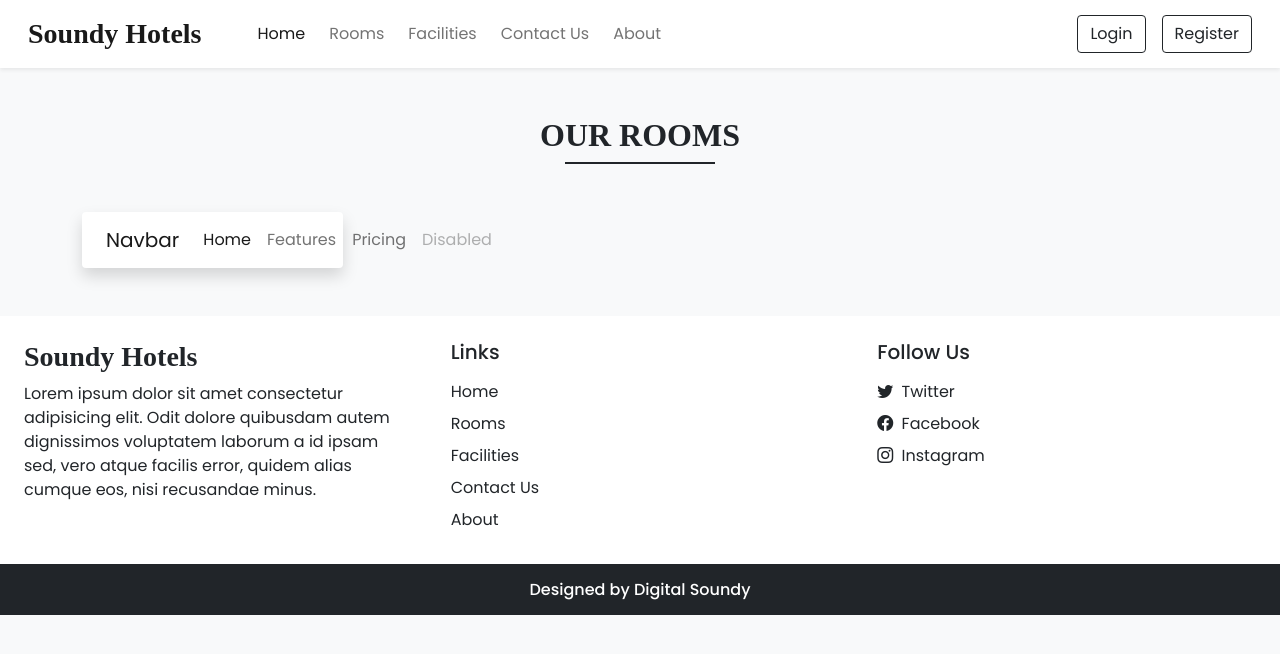
Repository: spencersoundy/Hotel-Booking-App
Page: http://localhost/rooms.php
These files come from the project's save history. The page is drawn as it stood at one moment and after the next save; the edit follows.
The browser window is 1280 px wide. The pictures show the whole page.
Some web fonts or font styles are not loaded; a fallback is used. The page is run by PHP 8.4 with error messages shown; the project is at /var/www/html/.

Above is the page before, as saved 2023-08-05 00:27:51.

### rooms.php
<!DOCTYPE html>
<html lang="en">
<head>
    <meta charset="UTF-8">
    <meta http-equiv="X-UA-Compatible" content="IE=edge">
    <meta name="viewport" content="width=device-width, initial-scale=1.0">
    <title>Soundy Hotels - CONTACT</title>
    <?php require('inc/links.php') ?>
</head>
<body class="bg-light">

<?php require('inc/header.php') ?>

<div class="my-5 px-4">
    <h2 class="fw-bold h-font text-center">OUR ROOMS</h2>
    <div class="h-line bg-dark"></div>
</div>

<div class="container">
    <div class="row">

       <div class="col-lg-3">
        <nav class="navbar navbar-expand-lg navbar-light bg-white rounded shadow">
            <div class="container-fluid">
                <a class="navbar-brand" href="#">Navbar</a>
                <button class="navbar-toggler" type="button" data-bs-toggle="collapse" data-bs-target="#navbarNav" aria-controls="navbarNav" aria-expanded="false" aria-label="Toggle navigation">
                <span class="navbar-toggler-icon"></span>
                </button>
                <div class="collapse navbar-collapse" id="navbarNav">
                <ul class="navbar-nav">
                    <li class="nav-item">
                    <a class="nav-link active" aria-current="page" href="#">Home</a>
                    </li>
                    <li class="nav-item">
                    <a class="nav-link" href="#">Features</a>
                    </li>
                    <li class="nav-item">
                    <a class="nav-link" href="#">Pricing</a>
                    </li>
                    <li class="nav-item">
                    <a class="nav-link disabled">Disabled</a>
                    </li>
                </ul>
                </div>
            </div>
        </nav>
       </div>

    </div>
</div>

<?php require('inc/footer.php')?>

</body>
</html>

### inc/links.php
<link href="https://cdn.jsdelivr.net/npm/bootstrap@5.0.2/dist/css/bootstrap.min.css" rel="stylesheet" integrity="sha384-EVSTQN3/azprG1Anm3QDgpJLIm9Nao0Yz1ztcQTwFspd3yD65VohhpuuCOmLASjC" crossorigin="anonymous">
<link href="https://fonts.googleapis.com/css2?family=Merienda:wght@400;700&family=Poppins:wght@400;500;600&display=swap" rel="stylesheet">
<link rel="stylesheet" href="https://cdn.jsdelivr.net/npm/bootstrap-icons@1.10.5/font/bootstrap-icons.css">
<link rel="stylesheet" href="css/common.css"/>

### inc/header.php
<nav class="navbar navbar-expand-lg navbar-light bg-white px-lg-3 py-lg-2 shadow-sm sticky-top">
    <div class="container-fluid">
        <a class="navbar-brand me-5 fw-bold fs-3 h-font" href="index.php">Soundy Hotels</a>
        <button class="navbar-toggler shadow-none" type="button" data-bs-toggle="collapse" data-bs-target="#navbarSupportedContent" aria-controls="navbarSupportedContent" aria-expanded="false" aria-label="Toggle navigation">
        <span class="navbar-toggler-icon"></span>
        </button>
        <div class="collapse navbar-collapse" id="navbarSupportedContent">
        <ul class="navbar-nav me-auto mb-2 mb-lg-0">
            <li class="nav-item">
            <a class="nav-link active me-2" aria-current="page" href="index.php">Home</a>
            </li>
            <li class="nav-item">
            <a class="nav-link me-2" href="rooms.php">Rooms</a>
            </li>
            <li class="nav-item">
            <a class="nav-link me-2" href="facilities.php">Facilities</a>
            </li><li class="nav-item">
            <a class="nav-link me-2" href="contact.php">Contact Us</a>
            </li><li class="nav-item">
            <a class="nav-link" href="about.php">About</a>
            </li>
        </ul>
        <div class="d-flex">
            <button type="button" class="btn btn-outline-dark shadow-none me-lg-3 me-2" data-bs-toggle="modal" data-bs-target="#loginModal">
                Login
            </button>
            <button type="button" class="btn btn-outline-dark shadow-none" data-bs-toggle="modal" data-bs-target="#registerModal">
                Register
            </button>
        </div>
        </div>
    </div>
    </nav>

    <div class="modal fade" id="loginModal" data-bs-backdrop="static" data-bs-keyboard="false" tabindex="-1" aria-labelledby="staticBackdropLabel" aria-hidden="true">
        <div class="modal-dialog">
            <div class="modal-content">
                <form>
                    <div class="modal-header">
                        <h5 class="modal-title d-flex align-items-center">
                            <i class="bi bi-person-circle fs-3 me-2"></i> User Login
                        </h5>
                        <button type="reset" class="btn-close shadow-none" data-bs-dismiss="modal" aria-label="Close"></button>
                    </div>
                    <div class="modal-body">
                    <div class="mb-3">
                        <label class="form-label">Email address</label>
                        <input type="email" class="form-control shadow-none">
                    </div>
                    <div class="mb-4">
                        <label class="form-label">Password</label>
                        <input type="password" class="form-control shadow-none">
                    </div>
                        <div class="d-flex align-items-center justify-content-between mb-2">
                            <button type="submit" class="btn btn-dark shadow-none">LOGIN</button>
                            <a href="javascript: void(0)" class="text-secondary text-decoration-none">Forgot Password?</a>
                        </div>
                    </div>
                </form>
            </div>
        </div>
    </div>

    <div class="modal fade" id="registerModal" data-bs-backdrop="static" data-bs-keyboard="false" tabindex="-1" aria-labelledby="staticBackdropLabel" aria-hidden="true">
        <div class="modal-dialog modal-lg">
            <div class="modal-content">
                <form>
            <div class="modal-header">
                <h5 class="modal-title d-fle align-items-center">
                    <i class="bi bi-person-lines-fill fs-3 me-2"></i> User Registration
                </h5>
                <button type="reset" class="btn-close shadow-none" data-bs-dismiss="modal" aria-label="Close"></button>
            </div>
            <div class="modal-body">
                <span class="badge rounded-pill bg-light text-dark mb-3 text-wrap lh-base">
                    Note: Your details must match with your ID (ID book/card, passport, drivers license, etc.)
                    that will be required during check-in.
                </span>
                <div class="container-fluid">
                    <div class="row">
                        <div class="col-md-6 ps-0 mb-3">
                            <label class="form-label">Name</label>
                            <input type="text" class="form-control shadow-none">
                        </div>
                        <div class="col-md-6 p-0 mb-3">
                            <label class="form-label">Email</label>
                            <input type="email" class="form-control shadow-none">
                        </div>
                        <div class="col-md-6 ps-0 mb-3">
                            <label class="form-label">Phone Number</label>
                            <input type="number" class="form-control shadow-none">
                        </div>
                        <div class="col-md-6 p-0 mb-3">
                            <label class="form-label">Picture</label>
                            <input type="file" class="form-control shadow-none">
                        </div>
                        <div class="col-md-12 p-0 mb-3">
                            <label class="form-label">Address</label>
                            <textarea class="form-control shadow-none" rows="1"></textarea>
                        </div>
                        <div class="col-md-6 ps-0 mb-3">
                            <label class="form-label">Pincode</label>
                            <input type="number" class="form-control shadow-none">
                        </div>
                        <div class="col-md-6 p-0 mb-3">
                            <label class="form-label">Date of birth</label>
                            <input type="date" class="form-control shadow-none">
                        </div>
                        <div class="col-md-6 ps-0 mb-3">
                            <label class="form-label">Password</label>
                            <input type="password" class="form-control shadow-none">
                        </div>
                        <div class="col-md-6 p-0 mb-3">
                            <label class="form-label">Confirm Password</label>
                            <input type="password" class="form-control shadow-none">
                        </div>
                    </div>
                </div>
                <div class="text-center my-1">
                    <button type="submit" class="btn btn-dark shadow-none">REGISTER</button>
                </div>
            </div>
            </form>
            </div>
  </div>
</div>

### inc/footer.php
<div class="container-fluid bg-white mt-5">

        <div class="row">
            <div class="col-lg-4 p-4">
                <h3 class="h-font fw-bold fs-3 mb-2">Soundy Hotels</h3>
                <p>
                    Lorem ipsum dolor sit amet consectetur adipisicing elit.
                    Odit dolore quibusdam autem dignissimos voluptatem laborum a id ipsam sed,
                    vero atque facilis error, quidem alias cumque eos, nisi recusandae minus.
                </p>
            </div>
            <div class="col-lg-4 p-4">
                <h5 class="mb-3">Links</h5>
                <a href="#" class="d-inline-block mb-2 text-dark text-decoration-none">Home</a><br>
                <a href="#" class="d-inline-block mb-2 text-dark text-decoration-none">Rooms</a><br>
                <a href="#" class="d-inline-block mb-2 text-dark text-decoration-none">Facilities</a><br>
                <a href="#" class="d-inline-block mb-2 text-dark text-decoration-none">Contact Us</a><br>
                <a href="#" class="d-inline-block mb-2 text-dark text-decoration-none">About</a>
            </div>
            <div class="col-lg-4 p-4">
                <h5 class="mb-3">Follow Us</h5>
                <a href="#" class="d-inline-block text-dark text-decoration-none mb-2">
                    <i class="bi bi-twitter me-1"></i> Twitter
                </a><br>
                <a href="#" class="d-inline-block text-dark text-decoration-none mb-2">
                    <i class="bi bi-facebook me-1"></i> Facebook
                </a><br>
                <a href="#" class="d-inline-block text-dark text-decoration-none">
                    <i class="bi bi-instagram me-1"></i> Instagram
                </a><br>
            </div>
        </div>
    </div>
</div>

    <h6 class="text-center bg-dark text-white p-3 m-0">Designed by Digital Soundy</h6>

    <script src="https://cdn.jsdelivr.net/npm/bootstrap@5.0.2/dist/js/bootstrap.bundle.min.js" integrity="sha384-MrcW6ZMFYlzcLA8Nl+NtUVF0sA7MsXsP1UyJoMp4YLEuNSfAP+JcXn/tWtIaxVXM" crossorigin="anonymous"></script>

### css/common.css
:root{
    --teal: #2ec1ac;
    --teal_hover: #279e8c;
}

*{
    font-family: 'Poppins', sans-serif;
}
.h-font{
    font-family: 'Merienda', cursive;
}

input::-webkit-outer-spin-button,
input::-webkit-inner-spin-button {
-webkit-appearance: none;
margin: 0;
}

input[type=number] {
-moz-appearance: textfield;
}

.custom-bg{
    background-color: var(--teal);
    border: 1px solid var(--teal);
}
.custom-bg:hover{
    background-color: var(--teal_hover);
    border-color: var(--teal_hover);
}

.h-line{
    width: 150px;
    margin: 0 auto;
    height: 1.7px;
}

After the next save:
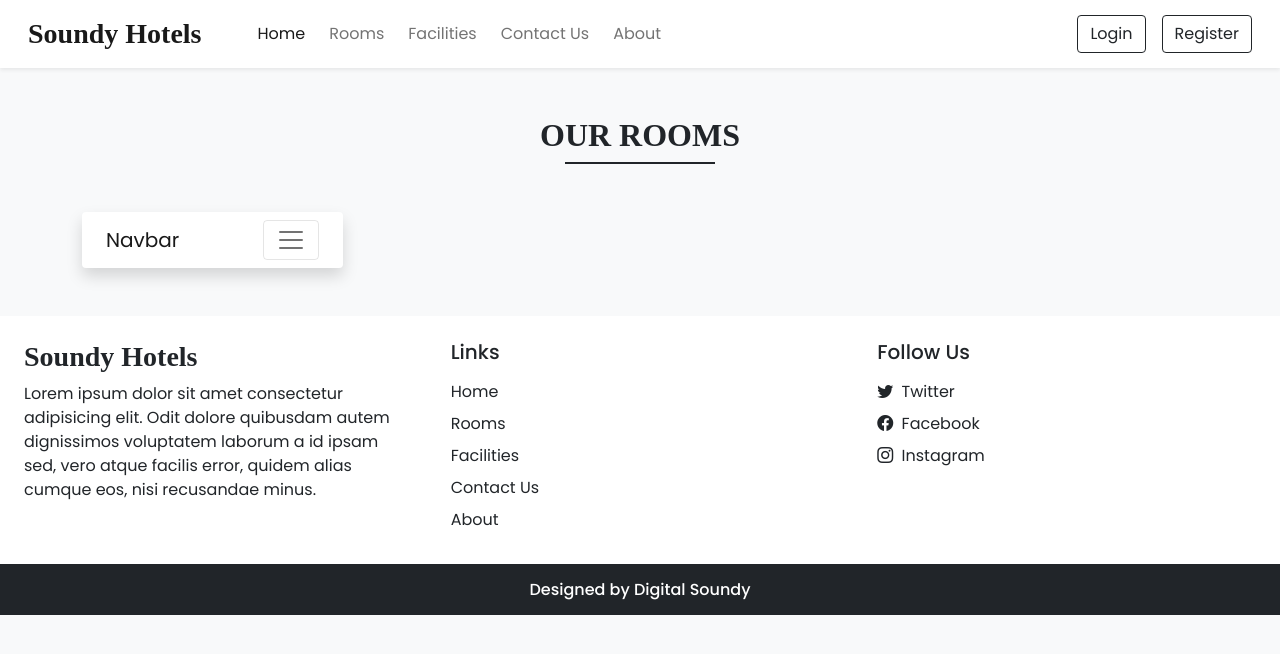
Saved 24 s later.
--- a/rooms.php
+++ b/rooms.php
@@ -20,7 +20,7 @@
     <div class="row">
 
        <div class="col-lg-3">
-        <nav class="navbar navbar-expand-lg navbar-light bg-white rounded shadow">
+        <nav class="navbar navbar-light bg-white rounded shadow">
             <div class="container-fluid">
                 <a class="navbar-brand" href="#">Navbar</a>
                 <button class="navbar-toggler" type="button" data-bs-toggle="collapse" data-bs-target="#navbarNav" aria-controls="navbarNav" aria-expanded="false" aria-label="Toggle navigation">

After the save that followed:
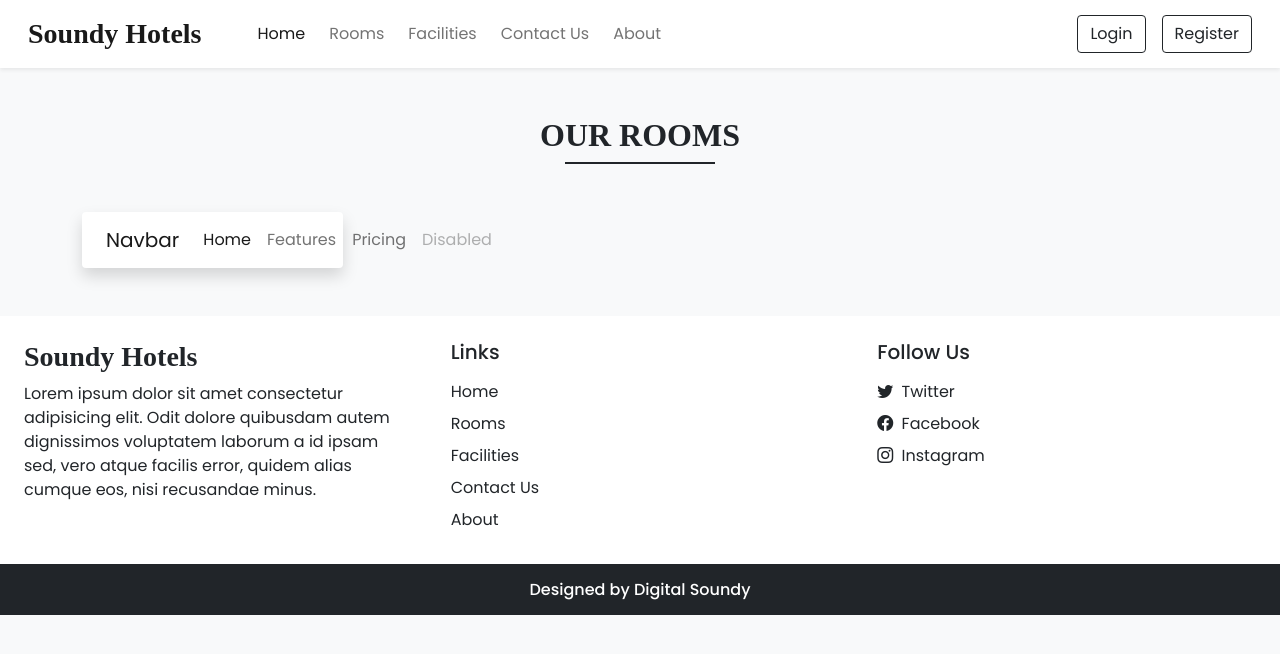
Saved 59 s later.
--- a/rooms.php
+++ b/rooms.php
@@ -20,7 +20,7 @@
     <div class="row">
 
        <div class="col-lg-3">
-        <nav class="navbar navbar-light bg-white rounded shadow">
+        <nav class="navbar navbar-expand-lg navbar-light bg-white rounded shadow">
             <div class="container-fluid">
                 <a class="navbar-brand" href="#">Navbar</a>
                 <button class="navbar-toggler" type="button" data-bs-toggle="collapse" data-bs-target="#navbarNav" aria-controls="navbarNav" aria-expanded="false" aria-label="Toggle navigation">
